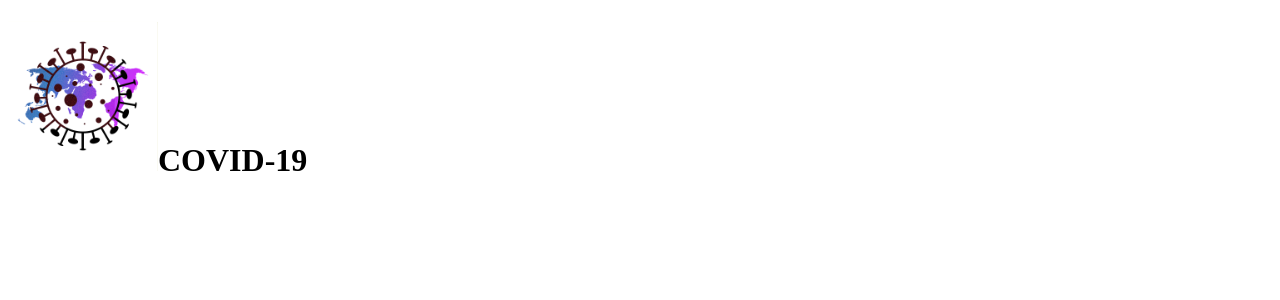
Repository: AndreyRi13/1erparcial1151804
Page: Home.html
An editor plug-in stored every save of this project. The page is shown before and after a run of saves, followed by the edit.
The browser window is 1280 px wide. The pictures show the whole page.

Above is the page before, as saved 2020-10-06 06:52:22.

### Home.html
<!DOCTYPE html>
<html lang="en">
<head>
    <meta charset="UTF-8">
    <meta name="viewport" content="width=device-width, initial-scale=1.0">
    <title>COVID-19</title>
</head>
<body>
    <header>
        <H1><img src="/img/hiclipart.com.png" alt="logo" width="150" height="150">COVID-19</H1>
        </header>




</body>
</html>

After the next 2 saves:
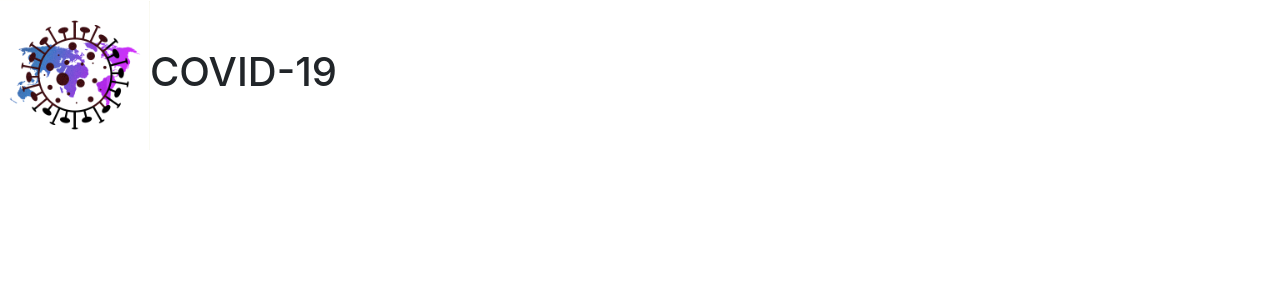
Console error (its wording comes from the project's code and is left out).
The 2 saves are shown as one change because they came seconds apart.
The last was saved 12 s later.
--- a/Home.html
+++ b/Home.html
@@ -3,6 +3,9 @@
 <head>
     <meta charset="UTF-8">
     <meta name="viewport" content="width=device-width, initial-scale=1.0">
+
+    <link rel="stylesheet" href="https://stackpath.bootstrapcdn.com/bootstrap/4.5.2/css/bootstrap.min.css" integrity="sha384-JcKb8q3iqJ61gNV9KGb8thSsNjpSL0n8PARn9HuZOnIxN0hoP+VmmDGMN5t9UJ0Z" crossorigin="anonymous">
+    <script src="https://stackpath.bootstrapcdn.com/bootstrap/4.5.2/js/bootstrap.min.js" integrity="sha384-B4gt1jrGC7Jh4AgTPSdUtOBvfO8shuf57BaghqFfPlYxofvL8/KUEfYiJOMMV+rV" crossorigin="anonymous"></script>
     <title>COVID-19</title>
 </head>
 <body>
